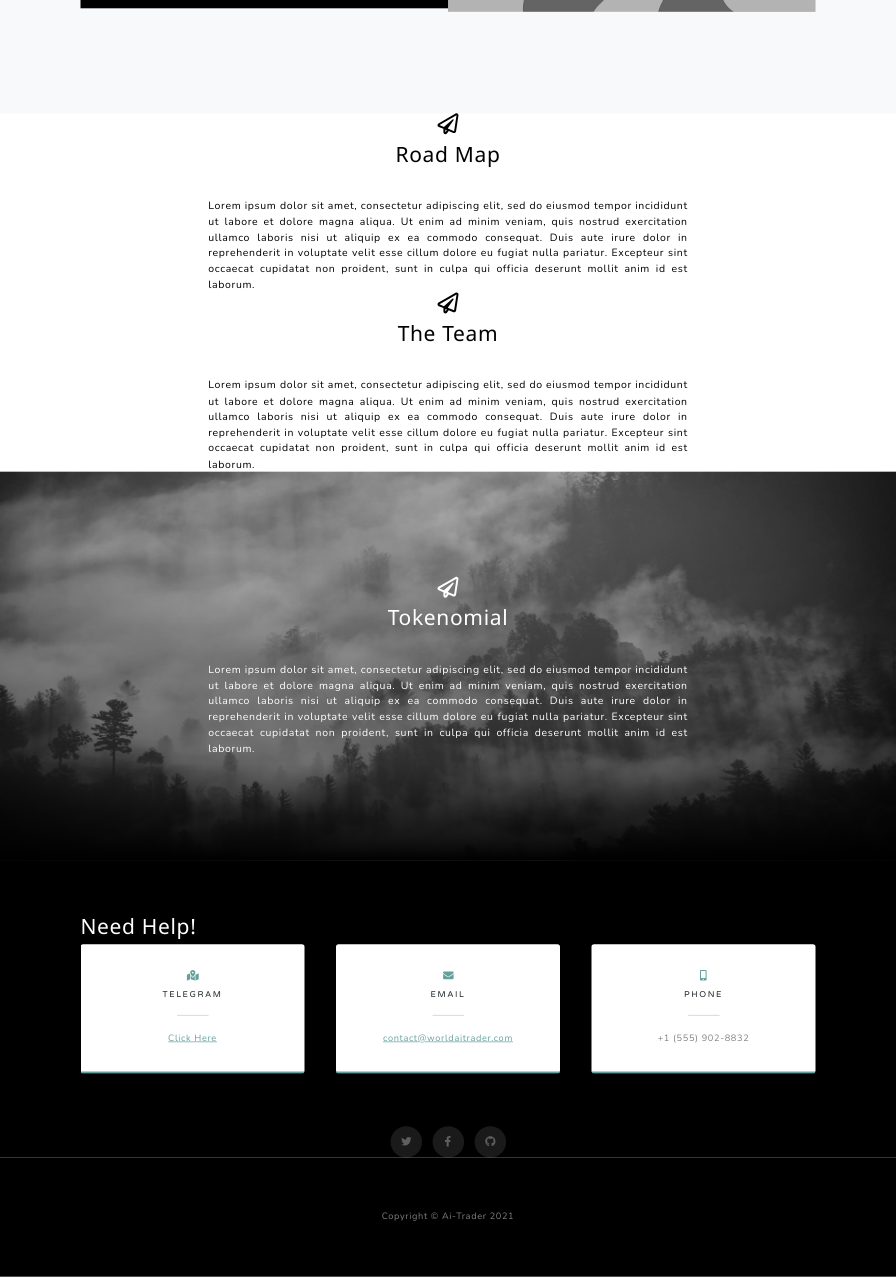
Repository: seyicoded/ico_one
Page: index.html
These files come from the project's save history. The page is drawn as it stood at one moment and after a run of saves; the edit follows.
The browser window is 1280 px wide. The pictures show the part of the page from y = 2837 to 4757 px (the page is 4661 px tall before and 4757 px after), at 70% of full size.

Above is the page before, as saved 2022-03-06 14:59:48.

### index.html
<!DOCTYPE html>
<html lang="en">
    <head>
        <meta charset="utf-8" />
        <meta name="viewport" content="width=device-width, initial-scale=1, shrink-to-fit=no" />
        <meta name="description" content="" />
        <meta name="author" content="" />
        <title>Ai-Trader</title>
        <link rel="icon" type="image/x-icon" href="assets/favicon.ico" />
        <!-- Font Awesome icons (free version)-->
        <script src="https://use.fontawesome.com/releases/v5.15.4/js/all.js" crossorigin="anonymous"></script>
        <!-- Google fonts-->
        <link href="https://fonts.googleapis.com/css?family=Varela+Round" rel="stylesheet" />
        <link href="https://fonts.googleapis.com/css?family=Nunito:200,200i,300,300i,400,400i,600,600i,700,700i,800,800i,900,900i" rel="stylesheet" />
        <!-- Core theme CSS (includes Bootstrap)-->
        <link href="css/w3.css" rel="stylesheet" />
        <link href="css/styles.css" rel="stylesheet" />
        <link href="css/animate.css" rel="stylesheet" />
        <link href="css/custom.css" rel="stylesheet" />
        <script src="js/jquery.js"></script>
        <script src="js/wow.js"></script>
        <script src="js/bs.js"></script>
        <script type="text/javascript">
            //Initiat WOW JS
            window.onload = function(){
                $("#loaderr").hide();
                new WOW().init();
            }
            // new WOW().init();
        </script>
        <style>
            #loaderr{
                position: fixed;
                z-index: 99;
                top: 0;
                bottom: 0;
                left: 0;
                right: 0;
                background: linear-gradient(grey, black);
                display: flex;
                justify-content: center;
                align-items: center;
            }
            #skip-loader{
                position: fixed;
                bottom: 3%;
                right: 3%;
                background-color: transparent;
                color: white;
                border: none;
            }

            .w3-text-black *{
                color: black !important;
            }
        </style>
    </head>
    <body id="page-top">
        <!--  loader start -->
        <div id="loaderr">
            <img src="assets/svg/Spin-0.5s-247px.svg" />
            <button id="skip-loader" onclick="$('#loaderr').hide()">skip</button>
        </div>
        <!-- loader stop -->

        <!-- Navigation-->
        <nav class="navbar navbar-expand-lg navbar-light fixed-top" id="mainNav">
            <div class="container px-4 px-lg-5">
                <a class="navbar-brand" href="#page-top">Ai-Trader</a>
                <button class="navbar-toggler navbar-toggler-right" type="button" data-bs-toggle="collapse" data-bs-target="#navbarResponsive" aria-controls="navbarResponsive" aria-expanded="false" aria-label="Toggle navigation">
                    Menu
                    <i class="fas fa-bars"></i>
                </button>
                <div class="collapse navbar-collapse" id="navbarResponsive">
                    <ul class="navbar-nav ms-auto">
                        <li class="nav-item"><a class="nav-link" href="#about">About</a></li>
                        <li class="nav-item"><a class="nav-link" href="#trade">How to Trade</a></li>
                        <li class="nav-item"><a class="nav-link" href="#roadmap">Road Map</a></li>
                        <li class="nav-item"><a class="nav-link" href="#team">The Team</a></li>
                        <li class="nav-item"><a class="nav-link" href="#token">Tokenomics</a></li>
                    </ul>
                </div>
            </div>
        </nav>
        <!-- Masthead-->
        <header class="masthead">
            <div class="container px-4 px-lg-5 d-flex h-100 align-items-center justify-content-center">
                <div class="d-flex justify-content-center">
                    <div class="text-center">
                        <h1 class="mx-auto my-0 text-uppercase wow fadeIn animated" data-wow-duration="1090ms" data-wow-delay="1000ms">We Got You Covered</h1>
                        <h2 class="text-white-50 mx-auto mt-2 mb-5 wow fadeIn animated" data-wow-duration="1090ms" data-wow-delay="1300ms">An Artificial Intelligence You Can Trust.</h2>
                        <a class="btn btn-white white wow fadeIn animated" style="font-weight: bolder;" href="#about"  data-wow-duration="1090ms" data-wow-delay="1600ms">Get Started</a>
                    </div>
                </div>
            </div>
        </header>
        <!-- About-->
        <section class="about-section text-center" id="about">
            <div class="container px-4 px-lg-5">
                <div class="row gx-4 gx-lg-5 justify-content-center">
                    <div class="col-lg-8">
                        <h2 class="text-white mb-4 wow fadeInLeft animated" data-wow-duration="600ms" data-wow-delay="400ms">About Ai-Trader</h2>
                        <p class="text-white-50 wow fadeInLeft animated" data-wow-duration="600ms" data-wow-delay="600ms">
                            The Crypto Market is a space with so many coins to buy, this can be a challenge for newbies and even "experienced hands". Why stress when there's rest in Ai-Trader. <br />
                            Ai-Trader is a trading App that trades on your behalf, with low risk and great reward. <br />
                            Ai-Trader is a system designed to save you time, mental stress of going through the details of different tokens. The bot checks the market for the best option and makes apt decisions to your advantage.
                        </p>
                    </div>
                    <img class="img-fluid" src="assets/img/robot-doing-data-analysis.svg" style="filter: grayscale(20%); position: absolute; opacity: 19%; height: 400px;" alt="..." />
                </div>
                <!-- <img class="img-fluid" src="assets/img/ipad.png" style="filter: grayscale(80%); position: absolute; opacity: 30%;" alt="..." /> -->
                <div style="height: 100px;">&nbsp;</div>
            </div>
        </section>
        <!-- Projects-->
        <section class="projects-section bg-light" id="trade">
            <div class="container px-4 px-lg-5">
                <h1 style="text-align: center; font-weight: bold;">Ai-Trader Simple Steps</h1>
                <br />
                <!-- Featured Project Row-->
                <div class="row gx-0 mb-4 mb-lg-5 align-items-center wow fadeInLeft animated" data-wow-duration="600ms" data-wow-delay="400ms">
                    <div class="col-xl-5 col-lg-5"><img class="img-fluid mb-3 mb-lg-0" src="assets/count/1.png" style="height: 300px; width: 100%; filter: grayscale(80);" alt="..." /></div>
                    <div class="col-xl-7 col-lg-7">
                        <div class="featured-text text-center text-lg-left">
                            <h4>Step One</h4>
                            <p class="text-black-50 mb-0">Choose the most stable coin or coin with high prospects of rising.!</p>
                        </div>
                    </div>
                </div>
                <!-- Project One Row-->
                <div class="row gx-0 mb-5 mb-lg-0 justify-content-center wow fadeInLeft animated" data-wow-duration="600ms" data-wow-delay="400ms">
                    <div class="col-lg-6"><img class="img-fluid" src="assets/count/2.png" style="filter: grayscale(80);" alt="..." /></div>
                    <div class="col-lg-6">
                        <div class="bg-black text-center h-100 project">
                            <div class="d-flex h-100">
                                <div class="project-text w-100 my-auto text-center text-lg-left">
                                    <h4 class="text-white">Two</h4>
                                    <p class="mb-0 text-white-50">Initiate a trade.</p>
                                    <hr class="d-none d-lg-block mb-0 ms-0" />
                                </div>
                            </div>
                        </div>
                    </div>
                </div>
                <!-- Project Two Row-->
                <div class="row gx-0 justify-content-center wow fadeInLeft animated" data-wow-duration="600ms" data-wow-delay="400ms">
                    <div class="col-lg-6"><img class="img-fluid" src="assets/count/3.png" style="filter: grayscale(80);" alt="..." /></div>
                    <div class="col-lg-6 order-lg-first">
                        <div class="bg-black text-center h-100 project">
                            <div class="d-flex h-100">
                                <div class="project-text w-100 my-auto text-center text-lg-right">
                                    <h4 class="text-white">Three</h4>
                                    <p class="mb-0 text-white-50">Takes you out of the trade after reaching the margin you've set.!</p>
                                    <hr class="d-none d-lg-block mb-0 me-0" />
                                </div>
                            </div>
                        </div>
                    </div>
                </div>
            </div>
        </section>

        <section class="roadmap-section w3-text-black" id="roadmap">
            <div class="container px-4 px-lg-5">
                <div class="row gx-4 gx-lg-5">
                    <div class="col-md-10 col-lg-8 mx-auto text-center">
                        <i class="far fa-paper-plane fa-2x mb-2 text-white"></i>
                        <h2 class="text-white mb-5">Road Map</h2>

                        <div style="color: white; text-align: justify;">
                            Lorem ipsum dolor sit amet, consectetur adipiscing elit, sed do eiusmod tempor incididunt ut labore et dolore magna aliqua. Ut enim ad minim veniam, quis nostrud exercitation ullamco laboris nisi ut aliquip ex ea commodo consequat. Duis aute irure dolor in reprehenderit in voluptate velit esse cillum dolore eu fugiat nulla pariatur. Excepteur sint occaecat cupidatat non proident, sunt in culpa qui officia deserunt mollit anim id est laborum.
                        </div>

                    </div>
                </div>
            </div>
        </section>

        <section class="team-section w3-text-black" id="team">
            <div class="container px-4 px-lg-5">
                <div class="row gx-4 gx-lg-5">
                    <div class="col-md-10 col-lg-8 mx-auto text-center">
                        <i class="far fa-paper-plane fa-2x mb-2 text-white"></i>
                        <h2 class="text-white mb-5">The Team</h2>

                        <div style="color: white; text-align: justify;">
                            Lorem ipsum dolor sit amet, consectetur adipiscing elit, sed do eiusmod tempor incididunt ut labore et dolore magna aliqua. Ut enim ad minim veniam, quis nostrud exercitation ullamco laboris nisi ut aliquip ex ea commodo consequat. Duis aute irure dolor in reprehenderit in voluptate velit esse cillum dolore eu fugiat nulla pariatur. Excepteur sint occaecat cupidatat non proident, sunt in culpa qui officia deserunt mollit anim id est laborum.
                        </div>

                    </div>
                </div>
            </div>
        </section>

        <!-- Signup-->
        <section class="signup-section" id="token">
            <div class="container px-4 px-lg-5">
                <div class="row gx-4 gx-lg-5">
                    <div class="col-md-10 col-lg-8 mx-auto text-center">
                        <i class="far fa-paper-plane fa-2x mb-2 text-white"></i>
                        <h2 class="text-white mb-5">Tokenomial</h2>
                        <!-- * * * * * * * * * * * * * * *-->
                        <!-- * * SB Forms Contact Form * *-->
                        <!-- * * * * * * * * * * * * * * *-->
                        <!-- This form is pre-integrated with SB Forms.-->
                        <!-- To make this form functional, sign up at-->
                        <!-- https://startbootstrap.com/solution/contact-forms-->
                        <!-- to get an API token!-->
                        <div style="color: white; text-align: justify;">
                            Lorem ipsum dolor sit amet, consectetur adipiscing elit, sed do eiusmod tempor incididunt ut labore et dolore magna aliqua. Ut enim ad minim veniam, quis nostrud exercitation ullamco laboris nisi ut aliquip ex ea commodo consequat. Duis aute irure dolor in reprehenderit in voluptate velit esse cillum dolore eu fugiat nulla pariatur. Excepteur sint occaecat cupidatat non proident, sunt in culpa qui officia deserunt mollit anim id est laborum.
                        </div>
                        <!-- <form class="form-signup" id="contactForm" data-sb-form-api-token="API_TOKEN">

                            <div class="row input-group-newsletter">
                                <div class="col"><input class="form-control" id="emailAddress" type="email" placeholder="Enter email address..." aria-label="Enter email address..." data-sb-validations="required,email" /></div>
                                <div class="col-auto"><button class="btn btn-primary disabled" id="submitButton" type="submit">Notify Me!</button></div>
                            </div>
                            <div class="invalid-feedback mt-2" data-sb-feedback="emailAddress:required">An email is required.</div>
                            <div class="invalid-feedback mt-2" data-sb-feedback="emailAddress:email">Email is not valid.</div>




                            <div class="d-none" id="submitSuccessMessage">
                                <div class="text-center mb-3 mt-2 text-white">
                                    <div class="fw-bolder">Form submission successful!</div>
                                    To activate this form, sign up at
                                    <br />
                                    <a href="https://startbootstrap.com/solution/contact-forms">https://startbootstrap.com/solution/contact-forms</a>
                                </div>
                            </div>




                            <div class="d-none" id="submitErrorMessage"><div class="text-center text-danger mb-3 mt-2">Error sending message!</div></div>
                        </form> -->
                    </div>
                </div>
            </div>
        </section>

        <!-- Contact-->
        <section class="contact-section bg-black">
            <div class="container px-4 px-lg-5">
                <h2 class="text-white">Need Help!</h2>

                <div class="row gx-4 gx-lg-5">
                    <div class="col-md-4 mb-3 mb-md-0">
                        <div class="card py-4 h-100">
                            <div class="card-body text-center">
                                <i class="fas fa-map-marked-alt text-primary mb-2"></i>
                                <h4 class="text-uppercase m-0">Telegram</h4>
                                <hr class="my-4 mx-auto" />
                                <div class="small text-black-50"><a href="https://t.me/AITRADERCOM">Click Here</a></div>
                            </div>
                        </div>
                    </div>
                    <div class="col-md-4 mb-3 mb-md-0">
                        <div class="card py-4 h-100">
                            <div class="card-body text-center">
                                <i class="fas fa-envelope text-primary mb-2"></i>
                                <h4 class="text-uppercase m-0">Email</h4>
                                <hr class="my-4 mx-auto" />
                                <div class="small text-black-50"><a href="mailto:contact@worldaitrader.com">contact@worldaitrader.com</a></div>
                            </div>
                        </div>
                    </div>
                    <div class="col-md-4 mb-3 mb-md-0">
                        <div class="card py-4 h-100">
                            <div class="card-body text-center">
                                <i class="fas fa-mobile-alt text-primary mb-2"></i>
                                <h4 class="text-uppercase m-0">Phone</h4>
                                <hr class="my-4 mx-auto" />
                                <div class="small text-black-50">+1 (555) 902-8832</div>
                            </div>
                        </div>
                    </div>
                </div>
                <div class="social d-flex justify-content-center">
                    <a class="mx-2" href="#!"><i class="fab fa-twitter"></i></a>
                    <a class="mx-2" href="#!"><i class="fab fa-facebook-f"></i></a>
                    <a class="mx-2" href="#!"><i class="fab fa-github"></i></a>
                </div>
            </div>
        </section>
        <!-- Footer-->
        <footer class="footer bg-black small text-center text-white-50"><div class="container px-4 px-lg-5">Copyright &copy; Ai-Trader 2021</div></footer>
        <!-- Bootstrap core JS-->
        <script src="https://cdn.jsdelivr.net/npm/bootstrap@5.1.3/dist/js/bootstrap.bundle.min.js"></script>
        <!-- Core theme JS-->
        <script src="js/scripts.js"></script>

        <script src="https://cdn.startbootstrap.com/sb-forms-latest.js"></script>
    </body>
</html>

### js/scripts.js
/*!
* Start Bootstrap - Grayscale v7.0.4 (https://startbootstrap.com/theme/grayscale)
* Copyright 2013-2021 Start Bootstrap
* Licensed under MIT (https://github.com/StartBootstrap/startbootstrap-grayscale/blob/master/LICENSE)
*/
//
// Scripts
//

window.addEventListener('DOMContentLoaded', event => {

    // Navbar shrink function
    var navbarShrink = function () {
        const navbarCollapsible = document.body.querySelector('#mainNav');
        if (!navbarCollapsible) {
            return;
        }
        if (window.scrollY === 0) {
            navbarCollapsible.classList.remove('navbar-shrink')
        } else {
            navbarCollapsible.classList.add('navbar-shrink')
        }

    };

    // Shrink the navbar
    navbarShrink();

    // Shrink the navbar when page is scrolled
    document.addEventListener('scroll', navbarShrink);

    // Activate Bootstrap scrollspy on the main nav element
    const mainNav = document.body.querySelector('#mainNav');
    if (mainNav) {
        new bootstrap.ScrollSpy(document.body, {
            target: '#mainNav',
            offset: 74,
        });
    };

    // Collapse responsive navbar when toggler is visible
    const navbarToggler = document.body.querySelector('.navbar-toggler');
    const responsiveNavItems = [].slice.call(
        document.querySelectorAll('#navbarResponsive .nav-link')
    );
    responsiveNavItems.map(function (responsiveNavItem) {
        responsiveNavItem.addEventListener('click', () => {
            if (window.getComputedStyle(navbarToggler).display !== 'none') {
                navbarToggler.click();
            }
        });
    });

});

Loaded but not shown: css/w3.css (library); css/styles.css (library); css/animate.css (library); js/jquery.js (library); js/wow.js (library); js/bs.js (library); css/custom.css (no stored copy; drawn as an empty file)

After the next 2 saves:
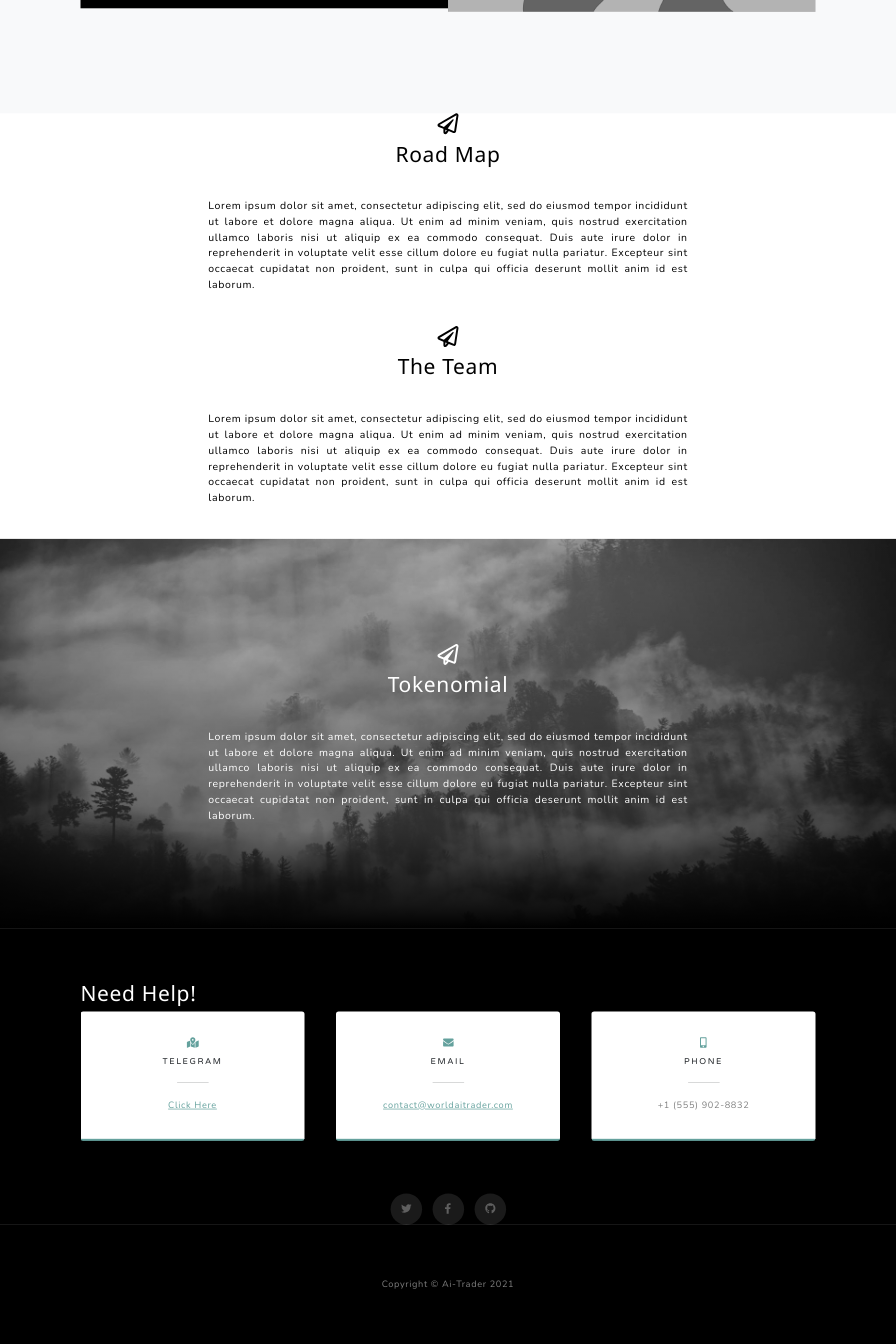
The 2 saves are shown as one change because they came seconds apart.
The last was saved 39 s later.
--- a/index.html
+++ b/index.html
@@ -52,6 +52,7 @@
 
             .w3-text-black *{
                 color: black !important;
+                margin-bottom: 16px;
             }
         </style>
     </head>
